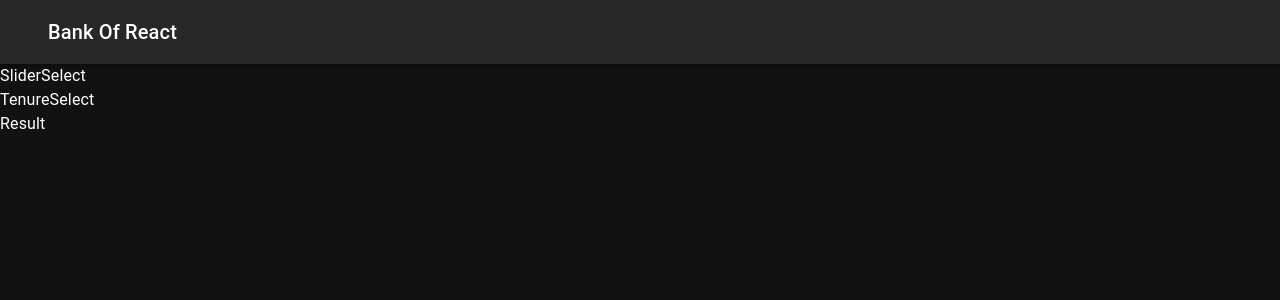
Repository: MikeeBuilds/mortgage-calculator
Page: /
The author's editor kept a copy of each file at every save. The page is drawn from the files as they stood at one save, then again after the next save.
The browser window is 1280 px wide. The pictures show the whole page.
The project was rebuilt for these pictures with package versions that can differ from the ones it lists, and the page was loaded fresh each time.

Above is the page before, as saved 2023-04-03 17:08:16.

### src/index.js
import React from 'react';
import ReactDOM from 'react-dom/client';
import  CssBaseline  from '@mui/material/CssBaseline';
import { ThemeProvider, createTheme } from '@mui/material/styles';
import App from './App';
import reportWebVitals from './reportWebVitals';
import { theme } from './theme';

const root = ReactDOM.createRoot(document.getElementById('root'));
root.render(
  <React.StrictMode>
    <ThemeProvider theme={theme}>
      <CssBaseline />
    <App />
    </ThemeProvider>
  </React.StrictMode>
);

// If you want to start measuring performance in your app, pass a function
// to log results (for example: reportWebVitals(console.log))
// or send to an analytics endpoint. Learn more: https://bit.ly/CRA-vitals
reportWebVitals();

### src/App.js
import Navbar from "./components/Navbar";
import Result from "./components/Result";
import SliderSelect from "./components/SliderSelect";
import TenureSelect from "./components/TenureSelect";


function App() {
  return (
    <div className="App">
      <Navbar />
      <SliderSelect />
      <TenureSelect />
      <Result />
    </div>
  );
}

export default App;

### src/theme.js
import {  createTheme } from "@mui/material/styles";

export const theme = createTheme({
    palette: {
        mode: "dark",
    },
    typography: {
        h1: {

        },
    },
});

### src/components/Navbar.js
import React from 'react'
import AppBar from '@mui/material/AppBar'
import ToolBar from '@mui/material/Toolbar'
import Typography from '@mui/material/Typography'
import Container from '@mui/material/Container'

const Navbar = () => {
  return (
    <AppBar position="static">
      <Container maxWidth='xl'>
        <ToolBar>
            <Typography variant="h6" component="div" sx={{ flexGrow: 1 }}>
                Bank Of React
            </Typography>
        </ToolBar>
      </Container>
    </AppBar>
  )
}

export default Navbar

### src/components/SliderSelect.js
import React from 'react'

const SliderSelect = () => {
  return (
    <div>SliderSelect</div>
  )
}

export default SliderSelect

### src/components/TenureSelect.js
import React from 'react'

const TenureSelect = () => {
  return (
    <div>TenureSelect</div>
  )
}

export default TenureSelect

Loaded but not shown: public/index.html (common file); src/reportWebVitals.js (common file); src/components/Result.js (common file)

After the next save:
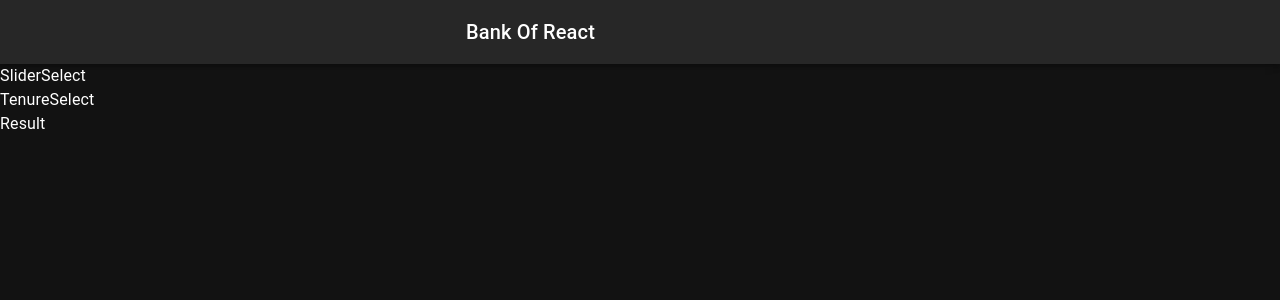
Saved 22 s later.
--- a/src/components/Navbar.js
+++ b/src/components/Navbar.js
@@ -7,7 +7,7 @@
 const Navbar = () => {
   return (
     <AppBar position="static">
-      <Container maxWidth='xl'>
+      <Container maxWidth='xs'>
         <ToolBar>
             <Typography variant="h6" component="div" sx={{ flexGrow: 1 }}>
                 Bank Of React

After the 2 saves that followed:
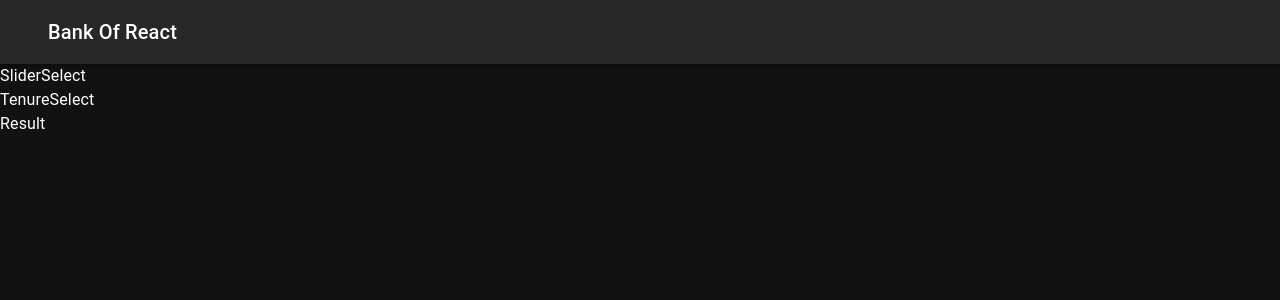
The 2 saves are shown as one change because they came seconds apart.
The last was saved 16 s later.
--- a/src/components/Navbar.js
+++ b/src/components/Navbar.js
@@ -7,7 +7,7 @@
 const Navbar = () => {
   return (
     <AppBar position="static">
-      <Container maxWidth='xs'>
+      <Container maxWidth='xl'>
         <ToolBar>
             <Typography variant="h6" component="div" sx={{ flexGrow: 1 }}>
                 Bank Of React
